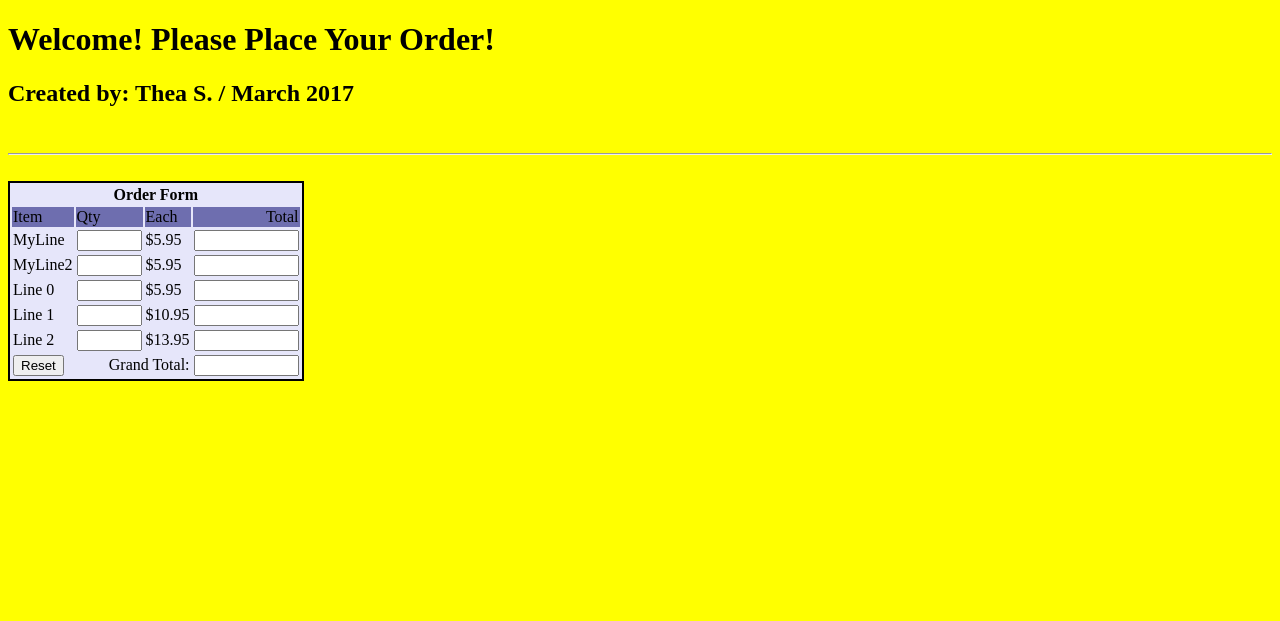
Repository: m-rabbit/b1_sukianto_code
Page: websites/MyOrderForm/index.html
An editor plug-in stored every save of this project. The page is shown before and after the next save, followed by the edit.
The browser window is 1280 px wide. The pictures show the whole page.

Above is the page before, as saved 2017-03-06 15:40:36.

After the next save:
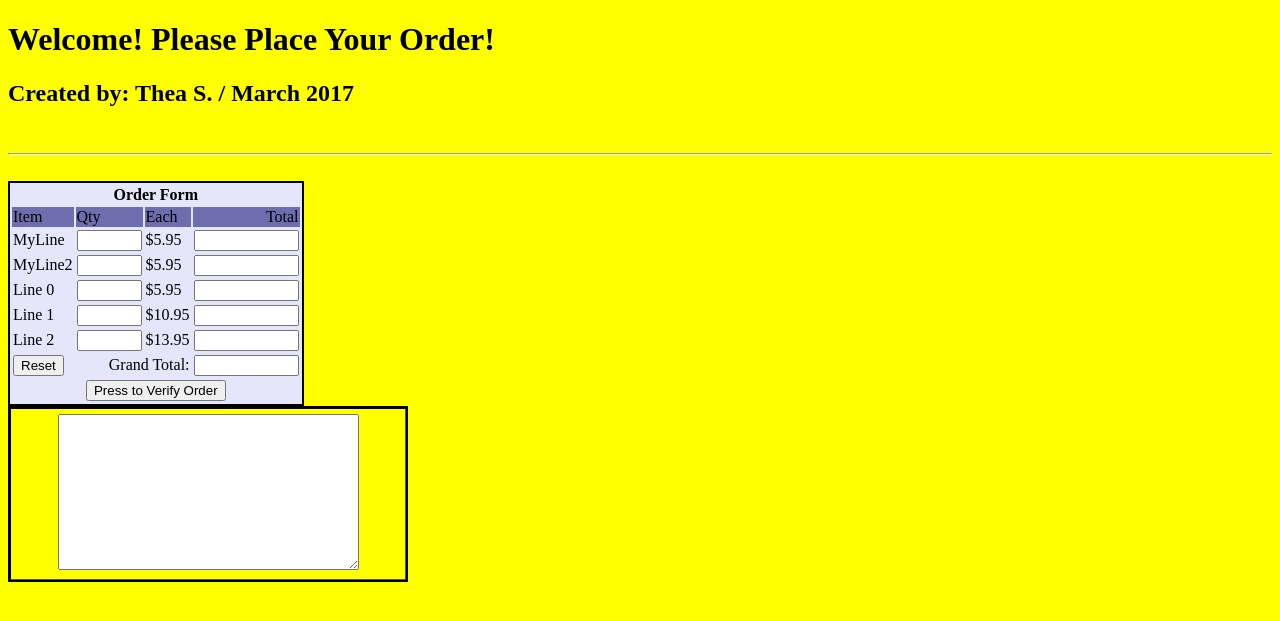
Saved 14 min 47 s later.
--- a/websites/MyOrderForm/index.html
+++ b/websites/MyOrderForm/index.html
@@ -72,6 +72,25 @@
 							<input name="grand total" type="text" size="10" readonly>
 						</td>
 					</tr>
+
+					<tr>
+						<td colspan="4" align="center">
+							<input type="button" value="Press to Verify Order" onclick="get_data(this.form)">
+
+						</td>
+					</tr>
+				</tbody>
+			</table>
+		</form>
+		<form name="confirmationForm">
+			<table style="background-color:#FFFF00" border="4" width="400" cellpadding="5" cellspacing="0" summary="">
+				<tbody>
+					<tr>
+						<td align="center">
+							<textarea name="order" rows="10" cols="35">
+							</textarea>
+						</td>
+					</tr>
 				</tbody>
 			</table>
 		</form>
